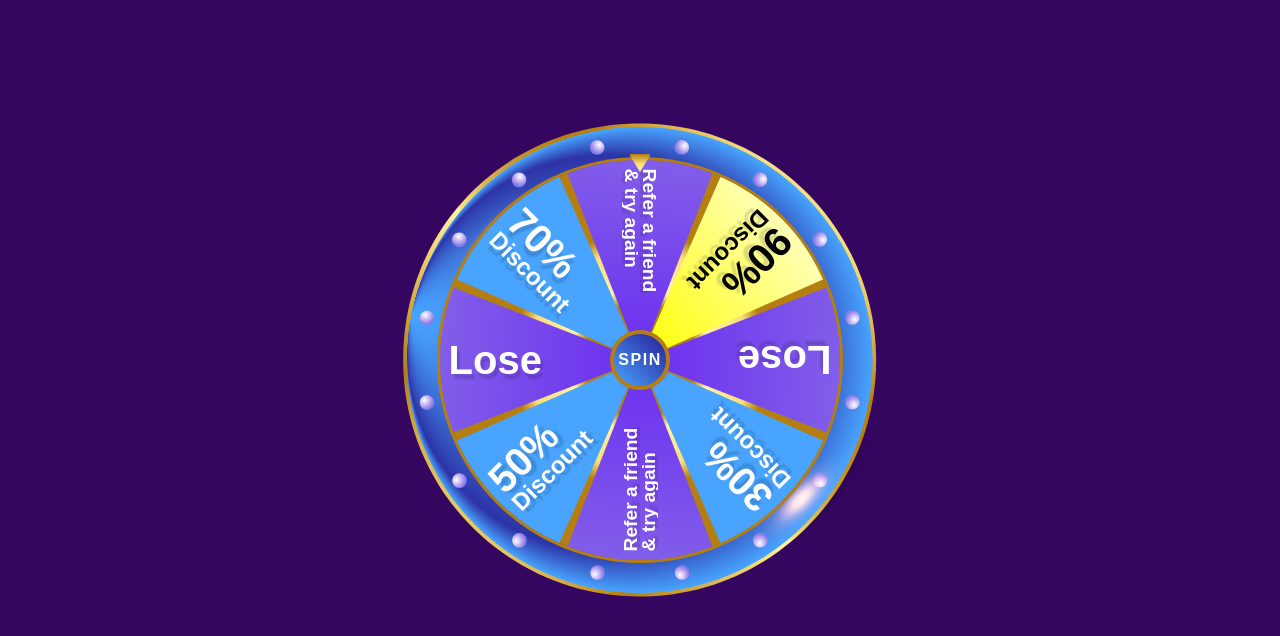
Repository: Jacques-Jaki-Morkel/FundedMarketplace_WheelofFortune
Page: index.html
The author's editor kept a copy of each file at every save. The page is drawn from the files as they stood at one save, then again after the next save.
The browser window is 1280 px wide. The pictures show the whole page.

Above is the page before, as saved 2025-08-14 14:34:13.

### index.html
<!DOCTYPE html>
<html lang="en">

<head>
    <meta charset="UTF-8">
    <meta name="viewport" content="width=device-width, initial-scale=1.0">
    <title>Wheel of Fortune - Funded Marketplace</title>
    <link rel="stylesheet" href="styles.css">
</head>

<body>
    <div class="container">
        <div class="spinBtn">
            SPIN
        </div>
        <img class="wheel-frame" src="assets/rings.svg" alt="wheel rings">
        <div class="wheel">
            <div class="number" style=" --i:1 ;">
                <span>
                    <div class="sliceTextGroup">
                        <h2 class="mediumSliceText">Refer a friend</h2>
                        <h3 class="mediumSliceText">& try again</h3>
                    </div>
                </span>
            </div>
            <div class="number" style=" --i:2 ;--clr2: linear-gradient(var(--angle), white, yellow);">
                <span class="ulitmatePrize">
                    <div class="sliceTextGroup">
                        <h2 class="largeSliceText">90%</h2>
                        <h3 class="smallSliceText">Discount</h3>
                    </div>
                </span>
            </div>
            <div class="number" style=" --i:3 ;">
                <span>
                    <div class="sliceTextGroup">
                        <h2 class="largeSliceText">Lose</h2>

                    </div>
                </span>
            </div>
            <div class="number"
                style=" --i:4 ;--clr2: linear-gradient(var(--angle), #8b72e7 0%, #48a4ff 7%, #48a4ff 89%,  #3638ad 100%);">
                <span>
                    <div class="sliceTextGroup">
                        <h2 class="largeSliceText">30%</h2>
                        <h3 class="smallSliceText">Discount</h3>
                    </div>
                </span>

            </div>
            <div class="number" style=" --i:5 ;">
                <span>
                    <div class="sliceTextGroup">
                        <h2 class="mediumSliceText">Refer a friend</h2>
                        <h3 class="mediumSliceText">& try again</h3>
                    </div>
                </span>

            </div>
            <div class="number"
                style=" --i:6 ;--clr2: linear-gradient(var(--angle), #8b72e7 0%, #48a4ff 7%, #48a4ff 89%,  #3638ad 100%);">
                <span>
                    <div class="sliceTextGroup">
                        <h2 class="largeSliceText">50%</h2>
                        <h3 class="smallSliceText">Discount</h3>
                    </div>
                </span>

            </div>
            <div class="number" style=" --i:7 ;">
                <span>
                    <div class="sliceTextGroup">
                        <h2 class="largeSliceText">Lose</h2>

                    </div>
                </span>

            </div>
            <div class="number"
                style=" --i:8 ;--clr2: linear-gradient(var(--angle), #8b72e7 0%, #48a4ff 7%, #48a4ff 89%,  #3638ad 100%);">
                <span>
                    <div class="sliceTextGroup">
                        <h2 class="largeSliceText">70%</h2>
                        <h3 class="smallSliceText">Discount</h3>
                    </div>
                </span>

            </div>
        </div>
        <div>
            <script src="script.js"></script>
</body>

</html>

### styles.css
* {
    margin: 0;
    padding: 0;
    box-sizing: border-box;
    font-family: 'Poppins', sans-serif;
}

body {
    display: flex;
    justify-content: center;
    align-items: center;
    min-height: 100vh;
    background: rgb(52, 6, 96);
}

.container {
    position: relative;
    width: 400px;
    height: 400px;
    display: flex;
    justify-content: center;
    align-items: center;
}

.container .spinBtn {
    position: absolute;
    width: 60px;
    height: 60px;
    background: linear-gradient(45deg, rgba(72, 164, 255, 1) 0%, rgba(45, 51, 166, 1) 84%, rgba(72, 164, 255, 1) 100%);
    border-radius: 50%;
    z-index: 10;
    display: flex;
    justify-content: center;
    align-items: center;
    text-transform: uppercase;
    font-weight: 600;
    color: #fff;
    letter-spacing: 0.1em;
    border: 4px solid #b57e10;
    cursor: pointer;
    user-select: none;
}

.container .spinBtn::before {
    content: '';
    position: absolute;
    top: -180px;
    width: 20px;
    transform: rotate(180DEG);
    height: 30px;
    background: linear-gradient(#b57e10  ,#fff3a6 , #f9df7b , #b57e10 );
    clip-path: polygon(50% 40%, -5% 100%, 105% 100%);
}

.container .wheel {
    position: absolute;
    top: 50%;
    left: 50%;
    width: 100%;
    height: 100%;
    inset: 0;
    border-radius: 50%;
    overflow: hidden; /* keeps slices inside the wheel */
    z-index: 2; /* above frame */
    background: radial-gradient(#b57e10 20%, #fff3a6 25%, #f9df7b 39%, #b57e10 45%);
     box-shadow: 0 0 0 3px rgba(181, 126, 16, 1)


}

.wheel-frame {
    position: absolute;
    top: 50%;
    left: 50%;
    width: 170%; /* bigger than wheel */
    height: 170%;
    transform: translate(-50%, -50%);
    z-index: 1; /* behind the wheel */
    pointer-events: none; /* allows clicking wheel slices */
}


.container .wheel .number {
    position: absolute;
    width: 50%;
    height: 50%;
    background:var(--clr2, linear-gradient(var(--angle), #8b72e7, #6b2df0));
    --angle: 140deg;
    transform-origin: bottom right;
    transform: rotate(calc(45deg * var(--i)));
    clip-path: polygon(0 0, 56% 0, 100% 100%, 0 56%);
    display: flex;
    justify-content: center;
    align-items: center;
    user-select: none;
    cursor: pointer;
}

.container .wheel .number span {
    position: relative;
    transform: rotate(45deg);
    color: #fff;
    font-size: 2em;
    font-weight: 700;
    text-shadow: 3px 5px 2px rgba(0, 0, 0, 0.15);
}
.ulitmatePrize{
    position: relative;
    transform: rotate(45deg);
    color: #000 !important;
    font-size: 2em;
    font-weight: 700;
    text-shadow: 3px 5px 2px rgba(0, 0, 0, 0.15);
}
.sliceTextGroup {
    display: flex;
    width: 100px;
    flex-direction: column;
    align-items: flex-start;
}
.smallSliceText {
    font-size: 0.75em;
}
.largeSliceText {
    font-size: 1.25em;
   line-height: 32px;
}
.mediumSliceText {
    font-size: 0.6em;
    line-height: 18px;
    white-space: nowrap;       /* prevents wrapping / ignores line breaks */
    overflow: hidden;          /* hides overflow */
    text-overflow: clip;       /* just clips overflowing text */
}


/* .container .wheel .number span::after {
    content: '$';
    padding-left: 5px;
    position: absolute;
    font-size: 0.75em;
    font-weight: 500;
} */

### script.js
const wheel = document.querySelector('.wheel');
const spinButton = document.querySelector('.spinBtn');
const value = Math.ceil(Math.random() * 360);

spinButton.addEventListener('click', () => {
    const rotations = Math.max(Math.random() * 100, 15); // Ensure at least 15 full rotations
    const randomDegree = Math.floor(Math.random() * (360*rotations)) + 720; // Ensure at least two full rotations
    const finalDegree = value + randomDegree;

    wheel.style.transition = 'transform 5s ease-in-out';
    wheel.style.transform = `rotate(${finalDegree}deg)`;

//     spin styles
//     cubic-bezier(0.33, 1, 0.68, 1)
})

After the next save:
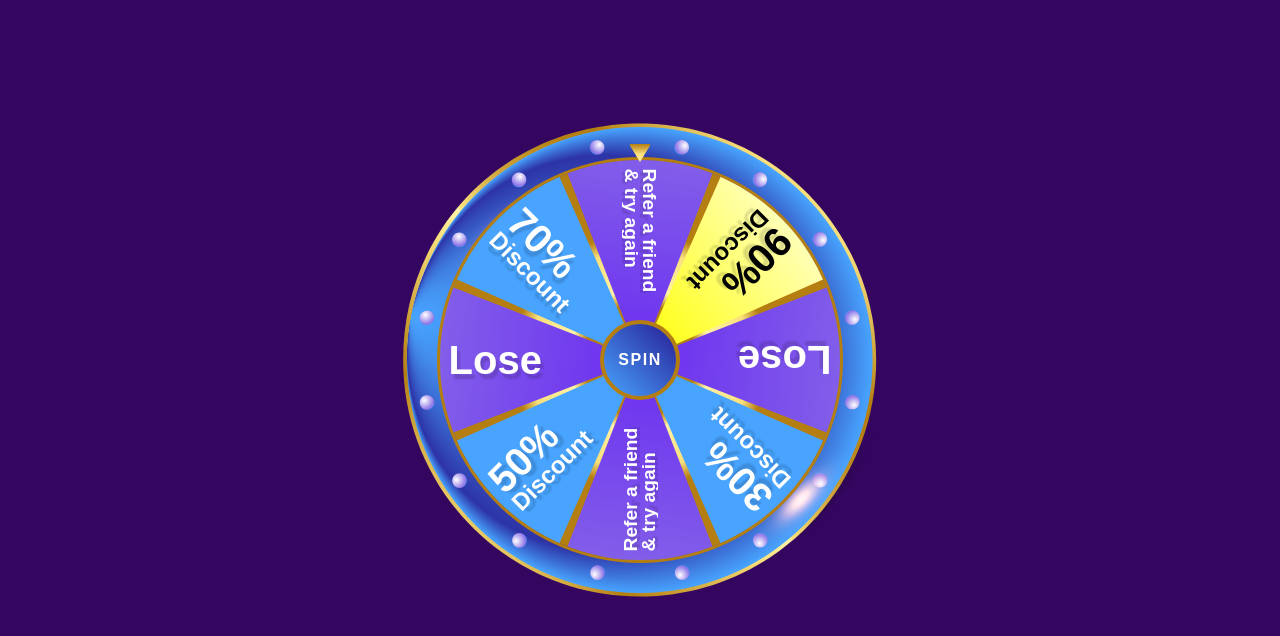
Saved 13 s later.
--- a/styles.css
+++ b/styles.css
@@ -24,8 +24,8 @@ body {
 
 .container .spinBtn {
     position: absolute;
-    width: 60px;
-    height: 60px;
+    width: 80px;
+    height: 80px;
     background: linear-gradient(45deg, rgba(72, 164, 255, 1) 0%, rgba(45, 51, 166, 1) 84%, rgba(72, 164, 255, 1) 100%);
     border-radius: 50%;
     z-index: 10;
